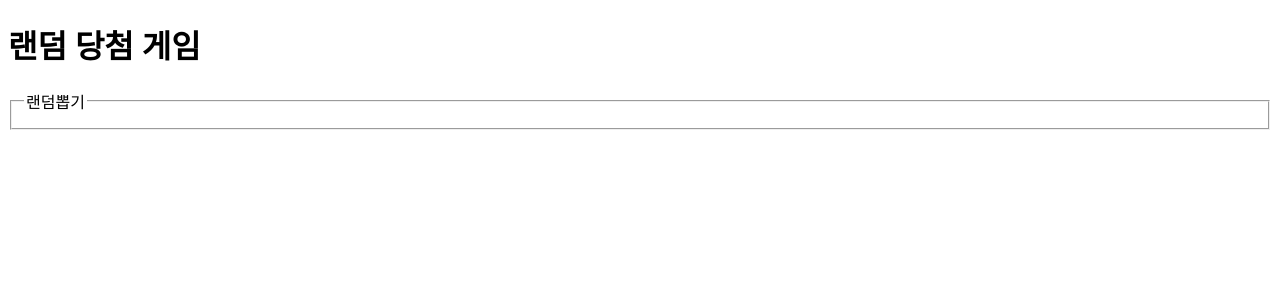
Repository: songhak1226/Web_Server
Page: Ex04Object/src/main/webapp/Ex02createInput.html
The author's editor kept a copy of each file at every save. The page is drawn from the files as they stood at one save, then again after the next save.
The browser window is 1280 px wide. The pictures show the whole page.

Above is the page before, as saved 2023-05-16 08:10:51.

### Ex04Object/src/main/webapp/Ex02createInput.html
<!DOCTYPE html>
<html>
<head>
<meta charset="UTF-8">
<title>Insert title here</title>
</head>
<body>
<h1>랜덤 당첨 게임</h1>
<fieldset>
<legend>랜덤뽑기</legend>
</fieldset>
</body>
</html>

After the next save:
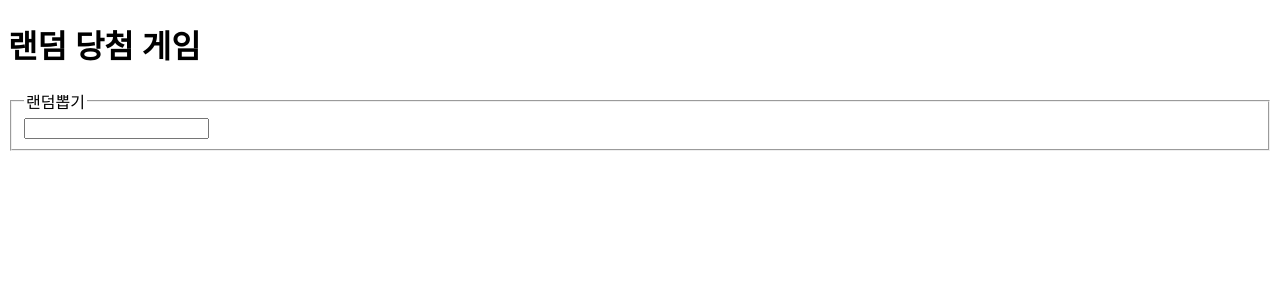
Saved 33 s later.
--- a/Ex04Object/src/main/webapp/Ex02createInput.html
+++ b/Ex04Object/src/main/webapp/Ex02createInput.html
@@ -8,6 +8,7 @@
 <h1>랜덤 당첨 게임</h1>
 <fieldset>
 <legend>랜덤뽑기</legend>
+<input type="text" name="number">
 </fieldset>
 </body>
 </html>
